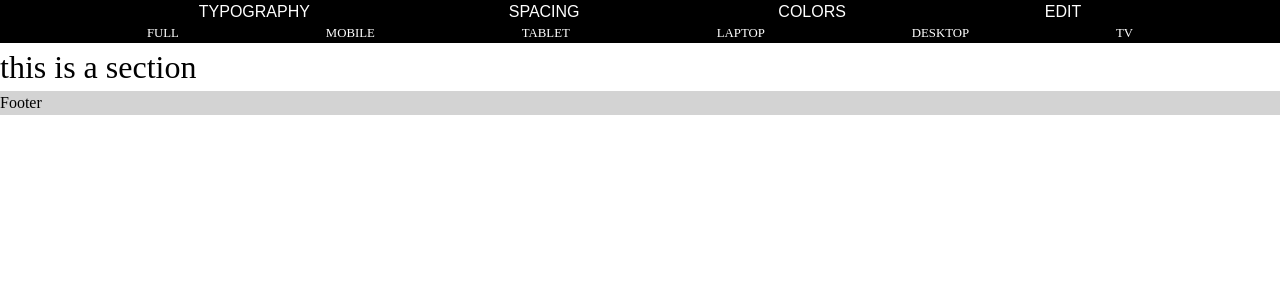
Repository: Terrycoco/coco-playground
Page: /
The author's editor kept a copy of each file at every save. The page is drawn from the files as they stood at one save, then again after the next save.
The browser window is 1280 px wide. The pictures show the whole page.
The project was rebuilt for these pictures with package versions that can differ from the ones it lists, and the page was loaded fresh each time. The framework's server and built-in components were replaced by stand-ins that run in the browser. Also part of the build but not shown: next.config.js, src/components/menus/menu.module.css.

Above is the page before, as saved 2023-03-20 10:39:54.

### src/app/layout.js
//THIS FILE DEFINES BASIC HTML FOR WHOLE SITE
//YOU CAN OVERWRITE ANY METADATA IN INDIVIDUAL ROUTES ALSO
"use client";
import { Providers } from "./store/provider";
import "./globals.css";
import Header from "@/components/layout/Header.js";

import Footer from "@/components/layout/Footer";
import ScreenEmulator from "@/components/layout/ScreenEmulator";

//can't use metadata on files that use client
// export const metadata = {
//   title: "Theme Playground",
//   description: "Theme Playground By Coco",
// };

export default function RootLayout({ children }) {
  return (
    <html lang="en">
      <head>
        <title>Coco Theme Playground</title>
      </head>

      <body>
        <Providers>
          <>
            <Header />
            <ScreenEmulator>
              {children}
              <Footer />
            </ScreenEmulator>
          </>
        </Providers>
      </body>
    </html>
  );
}

### src/app/page.js
"use client";
import { useSelector, useDispatch } from "react-redux";
import { selectTheme } from "./store/slices/themeSlice";

export default function Page() {
  const theme = useSelector(selectTheme);
  console.log("page recd theme:", theme);
  return (
    <main>
      <section>this is a section</section>
    </main>
  );
}

// <section id="theme" style={getContainerStyle("section")}>
// <h1 style={getHStyle("h1")}>
//   This the result of your Theme{"   "}
//   <span style={styles.smgray}>(h1)</span>
// </h1>
// <h2 style={getHStyle("h2")}>
//   Your Default Styles Are Shown{"   "}
//   <span style={styles.smgray}>(h2)</span>
// </h2>
// <h3 style={getHStyle("h3")}>
//   You selected {`${levCount - 1}`} levels of headings.
//   <span style={styles.smgray}>(h3)</span>
// </h3>

// <h4 style={getHStyle("h4")}>
//   I am a heading level 4 {"   "}
//   <span style={styles.smgray}>(h4)</span>
// </h4>

// <h5 style={getHStyle("h5")}>
//   I am a heading level 5{"   "}
//   <span style={styles.smgray}>(h5)</span>
// </h5>

// <h6 style={getHStyle("h6")}>
//   I am a heading level 6{"   "}
//   <span style={styles.smgray}>(h6)</span>
// </h6>

// <p data-el="p" style={getTextStyle("p")}>
//   Your theme settings will show up here. These are the default styles
//   for each element, which will be consistent across your project. You
//   can, of course, alter them for individual elements as you see fit.{" "}
//   <span style={styles.smgray}>(p)</span>
// </p>
// <p data-el="p" style={getTextStyle("p")}>
//   This is the paragraph element. To set the font scale among the
//   different headings and at different screen resolutions, go to{" "}
//   <b>SCALE</b>. The rest of the paragraph settings can be found by
//   clicking <b>TEXT</b> <span style={styles.smgray}>(p)</span>
// </p>

// <p data-el="p" style={getTextStyle("p")}>
//   Don't like the spacing? Click <b>CONTAINERS</b> to set default padding
//   and margins for container elements like sections, the header and
//   footer, between paragraphs, etc.{" "}
//   <span style={styles.smgray}>(p)</span>
// </p>
// </section>
// <section id="colors" style={getContainerStyle("section")}>
// <h1 style={getHStyle("h1")}>
//   This the result of your Theme{"   "}
//   <span style={styles.smgray}>(h1)</span>
// </h1>
// <h2 style={getHStyle("h2")}>
//   Your Default Styles Are Shown{"   "}
//   <span style={styles.smgray}>(h2)</span>
// </h2>
// <h3 style={getHStyle("h3")}>
//   You selected {`${levCount - 1}`} levels of headings.
//   <span style={styles.smgray}>(h3)</span>
// </h3>

// <h4 style={getHStyle("h4")}>
//   I am a heading level 4 {"   "}
//   <span style={styles.smgray}>(h4)</span>
// </h4>

// <h5 style={getHStyle("h5")}>
//   I am a heading level 5{"   "}
//   <span style={styles.smgray}>(h5)</span>
// </h5>

// <h6 style={getHStyle("h6")}>
//   I am a heading level 6{"   "}
//   <span style={styles.smgray}>(h6)</span>
// </h6>

// <p data-el="p" style={getTextStyle("p")}>
//   Your typography styles will show up here. These are the default styles
//   for each element, which will be consistent across your project. You
//   can, of course, alter them for individual elements as you see fit.{" "}
//   <span style={styles.smgray}>(p)</span>
// </p>
// <p data-el="p" style={getTextStyle("p")}>
//   This is the paragraph element. To set the font scale among the
//   different headings and at different screen resolutions, go to{" "}
//   <b>SCALE</b>. The rest of the paragraph settings can be found by
//   clicking <b>TYPOGRAPHY</b> <span style={styles.smgray}>(p)</span>
// </p>

// <p data-el="p" style={getTextStyle("p")}>
//   Don't like the spacing? Click <b>SPACING</b> to set default padding
//   and margins for elements like sections, the header and footer, between
//   paragraphs, etc. <span style={styles.smgray}>(p)</span>
// </p>
// </section>

### src/app/store/provider.js
"use client";

import { Provider } from "react-redux";
import store from "./store";

export function Providers({ children }) {
  return <Provider store={store}>{children}</Provider>;
}

### src/app/globals.css
@import "./reset.css";

:root {
  font-size: 1rem;
}
body {
  margin: 0;
  min-height: 100vh;
}

header {
  background-color: black;
  color: white;
}

footer {
  background-color: lightgray;
  color: black;
}

section {
  font-size: 2rem;
}

### src/components/layout/Header.js
"use client";
import React from "react";
import { useSelector } from "react-redux";
import { selectTheme } from "@/slices/themeSlice";
import { selectVariables } from "@/slices/variablesSlice";
import DeviceMenu from "@/components/menus/DeviceMenu";
import MainMenu from "@/components/menus/MainMenu";

function Header() {
  const theme = useSelector(selectTheme);
  const variables = useSelector(selectVariables);

  const styles = {
    header: {
      display: "flex",
      justifyContent: "space-between",
    },
  };

  const getHeaderStyles = () => {
    let styles = { ...theme.containers.header };
    styles.backgroundColor = variables[styles.backgroundColor];
    return styles;
  };

  return (
    <header>
      <MainMenu />
      <DeviceMenu />
    </header>
  );
}

export default Header;

### src/components/layout/Footer.js
"use client";
import React from "react";

const Footer = () => {
  return <footer>Footer</footer>;
};

export default Footer;

### src/components/layout/ScreenEmulator.js
import { useState, useEffect } from "react";
import { useSelector } from "react-redux";
import { selectCurrentDevice, selectIsFullScreen } from "@/slices/uiSlice";
import { selectDevices, selectDeviceElements } from "@/slices/themeSlice";

const ScreenEmulator = ({ children, ...props }) => {
  const [width, setWidth] = useState("400px");
  const isFullScreen = useSelector(selectIsFullScreen);
  const device = useSelector(selectCurrentDevice);
  const devices = useSelector(selectDevices);
  const [baseFontSize, setBaseFontSize] = useState();
  const deviceFontSizes = useSelector(selectDeviceElements);

  //get some valid heights
  useEffect(() => {
    if (device && device.length > 0 && devices !== undefined) {
      if (isFullScreen) {
        setWidth(window.innerWidth);
      } else {
        console.log("device is:", device, "devices:", devices);
        let w = devices[device].min + 100 + "px";
        setWidth(w);
      }
      setBaseFontSize(deviceFontSizes[device].body.fontSize + "px");
    }
  }, [device, isFullScreen]);

  const getEmulation = () => {
    return {
      border: "1px solid darkgray",
      width: `${width}`,
      fontSize: `${baseFontSize}`,
      marginTop: "1rem",
      marginLeft: "1rem",
      height: window.innerHeight - 75 + "px",
      overflowY: "scroll",
      borderRadius: "10px",
      boxShadow: "rgba(213, 217, 217, 0.5) 0 2px 5px 0",
    };
  };

  if (isFullScreen == true) {
    return <>{children}</>;
  } else {
    return (
      <div style={getEmulation()}>
        {children}
        Screen size: {width} Device: {device}
      </div>
    );
  }
};

export default ScreenEmulator;

### src/app/store/slices/themeSlice.js
"use client";

import { createSlice, createSelector } from "@reduxjs/toolkit";
import { HYDRATE } from "next-redux-wrapper";
import { currentTheme } from "@/themes";

const initialState = {
  headingCount: currentTheme.headingCount,
  fonts: currentTheme.fonts,
  colors: currentTheme.colors,
  colorVariants: currentTheme.colorVariants,
  devices: currentTheme.devices,
  deviceElements: currentTheme.deviceElements,
  text: currentTheme.text,
  containers: currentTheme.containers,
};

export const themeSlice = createSlice({
  name: "theme",
  initialState,
  reducers: {
    updateText(state, action) {
      state.text[action.payload.element][action.payload.propName] =
        action.payload.value;
    },

    extraReducers: {
      [HYDRATE]: (state, action) => {
        return {
          ...state,
          ...action.payload.theme,
        };
      },
    },
  },
});

export const { updateText } = themeSlice.actions;
export const selectTheme = (state) => state.theme;
export const selectText = (state) => state.theme.text;
export const selectDevices = (state) => state.theme.devices;
export const selectDeviceElements = (state) => state.theme.deviceElements;
export default themeSlice.reducer;

### src/app/store/store.js
"use client"; //anything that will access redux must use client
import { configureStore } from "@reduxjs/toolkit";
import { themeSlice } from "./slices/themeSlice";
import { variablesSlice } from "./slices/variablesSlice";
import { uiSlice } from "./slices/uiSlice";

// config the store
const store = configureStore({
  reducer: {
    [themeSlice.name]: themeSlice.reducer,
    [variablesSlice.name]: variablesSlice.reducer,
    [uiSlice.name]: uiSlice.reducer,
  },
});

// export default the store
console.log("store:", store.getState());
export default store;

### src/app/reset.css
/* Box sizing rules */
*,
*::before,
*::after {
  box-sizing: border-box;
}

/* Remove default margin */
main,
html,
body,
h1,
h2,
h3,
h4,
h5,
h6,
p,
figure,
blockquote,
dl,
dd {
  margin: 0;
  padding: 0;
}

/* Remove list styles on ul, ol elements with a list role, which suggests default styling will be removed */
ul,
menu,
ol {
  list-style: none;
}

/* remove discs from list items */
li {
  list-style-type: none;
}

/* Set core root defaults */
html:focus-within {
  scroll-behavior: smooth;
}

/* Set core body defaults */
body {
  min-height: 100vh;
  text-rendering: optimizeSpeed;
  line-height: 1.5;
}

/* A elements that don't have a class get default styles */
a:not([class]) {
  text-decoration-skip-ink: auto;
}

/* Make images easier to work with */
img,
picture {
  max-width: 100%;
  display: block;
}

menu {
  margin-block-start: 0em;
  margin-block-end: 0em;
  margin-inline-start: 0px;
  margin-inline-end: 0px;
  padding-inline-start: 0px;
}

/* Inherit fonts for inputs and buttons */
input,
button,
textarea,
select {
  font: inherit;
}

/* remove any default font props */
body,
h1,
h2,
h3,
h4,
h5,
h6,
p {
  letter-spacing: normal;
  word-spacing: normal;
  line-height: 1.5;
  font-optical-sizing: auto;
}

/* Remove all animations, transitions and smooth scroll for people that prefer not to see them */
@media (prefers-reduced-motion: reduce) {
  html:focus-within {
    scroll-behavior: auto;
  }

  *,
  *::before,
  *::after {
    animation-duration: 0.01ms !important;
    animation-iteration-count: 1 !important;
    transition-duration: 0.01ms !important;
    scroll-behavior: auto !important;
  }
}

### src/app/store/slices/variablesSlice.js
import { createSlice } from "@reduxjs/toolkit";
import { HYDRATE } from "next-redux-wrapper";
import { currentTheme } from "@/themes";
import { updateColor, updateFont } from "@/app/store/sharedActions";

function toCSS(key) {
  var result = key.replace(/([A-Z])/g, " $1");
  return result.split(" ").join("-").toLowerCase();
}

const getFontVariable = (fontName) => {
  let str = fontName.replaceAll(" ", "-").toLowerCase();
  return `var(--font-${str})`;
};

const loadInitVariables = () => {
  let variables = {};
  let section, prefix;

  //fonts
  section = "fonts";
  prefix = "var(--font-";
  for (const key in currentTheme[section]) {
    variables[`${prefix}${key})`] = getFontVariable(currentTheme[section][key]);
  }

  //colors
  section = "colors";
  prefix = "var(--clr-";
  for (const key in currentTheme[section]) {
    variables[`${prefix}${key})`] = toCSS(currentTheme[section][key]);
  }

  //color variants
  section = "colorVariants";
  prefix = "var(--clr-";
  for (const key in currentTheme[section]) {
    variables[`${prefix}${key})`] = toCSS(currentTheme[section][key]);
  }

  return variables;
};

const initialState = loadInitVariables();

export const variablesSlice = createSlice({
  name: "variables",
  initialState,
  reducers: {
    updateVariable(state, action) {
      state[action.payload.key] = action.payload.value;
    },
  },
  extraReducers: (builder) => {
    builder
      .addCase(updateColor, (state, action) => {
        action.payload.map((obj) => {
          state[obj.themeVar] = obj.value;
        });
      })
      .addCase(updateFont, (state, action) => {
        console.log("got here:", action.payload);
        //theme variable (ie body) has been updated to another font
        state[action.payload.themeVar] = action.payload.fontVar;
      });
  },
});

export const { updateVariable } = variablesSlice.actions;
export const selectVariables = (state) => state.variables;
export default variablesSlice.reducer;

### src/components/menus/DeviceMenu.js
"use client";
import { useState, useEffect } from "react";
import { useSelector, useDispatch } from "react-redux";
import {
  selectCurrentDevice,
  updateCurrentDevice,
  updateIsFullScreen,
  selectIsFullScreen,
} from "@/slices/uiSlice";
import { selectDevices } from "@/slices/themeSlice";
import css from "./menu.module.css";

const DeviceMenu = () => {
  const currentDevice = useSelector(selectCurrentDevice);
  const fullScreen = useSelector(selectIsFullScreen);
  const dispatch = useDispatch();
  const devices = useSelector(selectDevices);
  const [userSize, setUserSize] = useState();
  const [userDevice, setUserDevice] = useState();

  useEffect(() => {
    setUserSize(window.innerWidth); //TODO MAKE RESPONSIVE
    let ud = getUserDevice(window.innerWidth, devices);
    console.log("userDevice:", ud);
    setUserDevice(ud);
    dispatch(updateCurrentDevice(ud));
  }, []);

  const styles = {
    menu: {
      display: "flex",
      flexDirection: "row",
      justifyContent: "space-evenly",
    },
    li: {
      textTransform: "uppercase",
      fontSize: ".8em",
    },
  };

  const handleSelect = (e) => {
    const dev = e.target.id;
    if (dev === "full") {
      dispatch(updateIsFullScreen(true));
      dispatch(updateCurrentDevice(userDevice));
    } else {
      dispatch(updateCurrentDevice(dev));
      dispatch(updateIsFullScreen(false));
    }
  };

  return (
    <menu style={styles.menu}>
      <li id="full" style={styles.li} onClick={handleSelect} className={css.li}>
        Full
      </li>
      <li
        id="mobile"
        style={styles.li}
        className={css.li}
        onClick={handleSelect}
      >
        mobile
      </li>
      <li
        id="tablet"
        style={styles.li}
        className={css.li}
        onClick={handleSelect}
      >
        tablet
      </li>
      <li
        id="laptop"
        style={styles.li}
        className={css.li}
        onClick={handleSelect}
      >
        laptop
      </li>
      <li
        id="desktop"
        style={styles.li}
        className={css.li}
        onClick={handleSelect}
      >
        desktop
      </li>
      <li id="tv" style={styles.li} className={css.li} onClick={handleSelect}>
        tv
      </li>
    </menu>
  );
};

export default DeviceMenu;

function getUserDevice(size, devices) {
  for (const d in devices) {
    if (devices[d].min <= size && size <= devices[d].max) {
      return d;
    }
  }
}

### src/components/menus/MainMenu.js
"use client";
import React from "react";
import { useSelector } from "react-redux";
import { selectTheme } from "@/slices/themeSlice";
import { selectVariables } from "@/slices/variablesSlice";

function MainMenu() {
  const theme = useSelector(selectTheme);
  const variables = useSelector(selectVariables);

  const styles = {
    menu: {
      display: "flex",
      justifyContent: "space-evenly",
      fontFamily: "Arial, Helvetica",
    },
    li: {
      fontSize: "1rem",
      textTransform: "uppercase",
    },
  };

  return (
    <menu style={styles.menu}>
      <li style={styles.li}>typography</li>
      <li style={styles.li}>spacing</li>
      <li style={styles.li}>colors</li>
      <li style={styles.li}>edit</li>
    </menu>
  );
}

export default MainMenu;

### src/app/store/slices/uiSlice.js
"use client";

//slice for ui state

import { createSlice, createSelector } from "@reduxjs/toolkit";
import { HYDRATE } from "next-redux-wrapper";

const initialState = {
  currentForm: "",
  currentDevice: "",
  isFullScreen: true,
  isDrawerOpen: false,
  currentTab: 1,
};

export const uiSlice = createSlice({
  name: "ui",
  initialState,
  reducers: {
    updateCurrentForm(state, action) {
      state.currentForm = action.payload;
    },
    updateCurrentTab(state, action) {
      state.currentTab = action.payload;
    },
    updateCurrentDevice(state, action) {
      console.log("updateDevice: ", action);
      state.currentDevice = action.payload;
    },
    updateIsDrawerOpen(state, action) {
      state.isDrawerOpen = action.payload;
    },
    updateIsFullScreen(state, action) {
      state.isFullScreen = action.payload;
    },

    extraReducers: {
      [HYDRATE]: (state, action) => {
        return {
          ...state,
          ...action.payload.ui,
        };
      },
    },
  },
});

export const {
  updateCurrentForm,
  updateCurrentDevice,
  updateCurrentTab,
  updateIsDrawerOpen,
  updateIsFullScreen,
} = uiSlice.actions;
export const selectCurrentDevice = (state) => state.ui.currentDevice;
export const selectCurrentTab = (state) => state.ui.currentTab;
export const selectCurrentForm = (state) => state.ui.currentForm;
export const selectIsDrawerOpen = (state) => state.ui.isDrawerOpen;
export const selectIsFullScreen = (state) => state.ui.isFullScreen;
export default uiSlice.reducer;

### src/themes/index.js
import init from "./init";

module.exports = { currentTheme: init };

### src/app/store/sharedActions.js
import { createAction } from "@reduxjs/toolkit";
const varKeys = [75, 50, 25, 10, 5];

const updateColor = createAction("UPDATE_COLOR", function prepare(obj) {
  //any time theme color is updated, so are variants so pass those in with the payload
  console.log("shared updateColor", obj);
  let key = obj.key;
  let payloadVal = [];
  let newhex = obj.value;
  if (key !== "error" && key !== "whitish") {
    varKeys.map((pct) => {
      let variantKey = `${key}${pct}`;
      let val = getPctOfHex(newhex, pct);
      payloadVal.push({
        key: variantKey,
        value: val,
        section: "variants",
        themeVar: `var(--clr-${variantKey})`,
      });
    });
  }
  //push original one
  payloadVal.push({
    key: key,
    value: newhex,
    section: "themed",
    themeVar: `var(--clr-${key})`,
  });
  //console.log("newpayload:", payloadVal);
  return { payload: payloadVal };
});

const updateFont = createAction("UPDATE_FONT", function prepare(obj) {
  console.log("fontobj:", obj);
  /*shape of font payload
      propName: "body",
      name: "Gelasio",
      themeVar: "var(--font-body)",
      fontVar: "var(--font-gelasio)" */

  return { payload: obj };
});

module.exports = { updateColor, updateFont };

// util functions to calculate variant values --------------
function hexToHSL(H) {
  // Convert hex to RGB first
  let r = 0,
    g = 0,
    b = 0;
  if (H.length == 4) {
    r = "0x" + H[1] + H[1];
    g = "0x" + H[2] + H[2];
    b = "0x" + H[3] + H[3];
  } else if (H.length == 7) {
    r = "0x" + H[1] + H[2];
    g = "0x" + H[3] + H[4];
    b = "0x" + H[5] + H[6];
  }
  // Then to HSL
  r /= 255;
  g /= 255;
  b /= 255;
  let cmin = Math.min(r, g, b),
    cmax = Math.max(r, g, b),
    delta = cmax - cmin,
    h = 0,
    s = 0,
    l = 0;

  if (delta == 0) h = 0;
  else if (cmax == r) h = ((g - b) / delta) % 6;
  else if (cmax == g) h = (b - r) / delta + 2;
  else h = (r - g) / delta + 4;

  h = Math.round(h * 60);

  if (h < 0) h += 360;

  l = (cmax + cmin) / 2;
  s = delta == 0 ? 0 : delta / (1 - Math.abs(2 * l - 1));
  s = +(s * 100).toFixed(1);
  l = +(l * 100).toFixed(1);

  return { h: h, s: s, l: l };
}
function getPctOfHex(hex, pct) {
  //incoming pct is pct opacity of orig color
  let inverted = 100 - pct;
  //convert incoming to hsl
  let hsl = hexToHSL(hex);

  //current lightness is 0%;
  let currentLightPct = hsl.l;
  let remainingLightPct = 100 - currentLightPct;
  let onepct = remainingLightPct / 100;
  let desiredPct = onepct * inverted + currentLightPct;
  let result = HSLToHex(hsl.h, hsl.s, desiredPct);
  return result;
}
function HSLToHex(h, s, l) {
  s /= 100;
  l /= 100;

  let c = (1 - Math.abs(2 * l - 1)) * s,
    x = c * (1 - Math.abs(((h / 60) % 2) - 1)),
    m = l - c / 2,
    r = 0,
    g = 0,
    b = 0;

  if (0 <= h && h < 60) {
    r = c;
    g = x;
    b = 0;
  } else if (60 <= h && h < 120) {
    r = x;
    g = c;
    b = 0;
  } else if (120 <= h && h < 180) {
    r = 0;
    g = c;
    b = x;
  } else if (180 <= h && h < 240) {
    r = 0;
    g = x;
    b = c;
  } else if (240 <= h && h < 300) {
    r = x;
    g = 0;
    b = c;
  } else if (300 <= h && h < 360) {
    r = c;
    g = 0;
    b = x;
  }
  // Having obtained RGB, convert channels to hex
  r = Math.round((r + m) * 255).toString(16);
  g = Math.round((g + m) * 255).toString(16);
  b = Math.round((b + m) * 255).toString(16);

  // Prepend 0s, if necessary
  if (r.length == 1) r = "0" + r;
  if (g.length == 1) g = "0" + g;
  if (b.length == 1) b = "0" + b;

  return "#" + r + g + b;
}

### src/themes/init.js
//to use, import this file and set this as currentTheme in /src/themes/index
const headingCount = 1;

const fonts = {
  body: "Times",
  display: "Times",
  special: "Times",
  mono: "Times",
  forms: "Arial",
};

const devices = {
  mobile: {
    min: 320,
    max: 479,
  },

  tablet: {
    min: 480,
    max: 767,
  },

  laptop: {
    min: 768,
    max: 1023,
  },

  desktop: {
    min: 1024,
    max: 1999,
  },

  tv: {
    min: 1200,
    max: 9999,
  },
};

const deviceElements = {
  mobile: {
    body: {
      fontSize: "18",
      lineHeight: "1.5",
    },
    h1: {
      fontSize: "40",
      lineHeight: "1.16",
    },
  },
  tablet: {
    body: {
      fontSize: "19",
      lineHeight: "1.5",
    },
    h1: {
      fontSize: "40",
      lineHeight: "1.16",
    },
  },
  laptop: {
    body: {
      fontSize: "20",
      lineHeight: "1.329",
    },
    h1: {
      fontSize: "52",
      lineHeight: "1.16",
    },
  },
  desktop: {
    body: {
      fontSize: "24",
      lineHeight: "1.345",
    },
    h1: {
      fontSize: "57",
      lineHeight: "1.16",
    },
  },

  tv: {
    body: {
      fontSize: "28",
      lineHeight: "1.391",
    },
    h1: {
      fontSize: "67",
      lineHeight: "1.031",
    },
  },
};

const colors = {
  primary: "#fc3a79",
  secondary: "#fe572e",
  blackish: "#261f22",
  whitish: "#f5f5f4",
  error: "#dc2626",
};

const colorVariants = {
  primary75: "#fd6b99",
  primary50: "#fe9dbb",
  primary25: "#fecedd",
  primary10: "#ffebf1",
  primary5: "#fff5f8",
  secondary75: "#fe8162",
  secondary50: "#feab96",
  secondary25: "#ffd5cb",
  secondary10: "#ffeeea",
  secondary5: "#fff7f5",
  blackish75: "#635158",
  blackish50: "#9c868f",
  blackish25: "#cdc2c7",
  blackish10: "#ebe7e9",
  blackish5: "#f5f3f4",
};

const containers = {
  header: {
    backgroundColor: "var(--clr-primary)",
    height: "2rem",
    paddingRight: "0rem",
    paddingLeft: "0rem",
  },
  main: {
    paddingTop: "2rem",
    paddingRight: "0rem",
    paddingBottom: "0rem",
    paddingLeft: "0rem",
  },
  section: {
    paddingTop: "0rem",
    paddingRight: "0rem",
    paddingBottom: "0rem",
    paddingLeft: "0rem",
  },
  article: {
    paddingTop: "0rem",
    paddingRight: "0rem",
    paddingBottom: "0rem",
    paddingLeft: "0rem",
  },
  aside: {
    paddingTop: "0rem",
    paddingRight: "0rem",
    paddingBottom: "0rem",
    paddingLeft: "0rem",
  },
  footer: {
    backgroundColor: "var(--clr-primary50)",
    color: "var(--clr-blackish)",
    height: "0rem",
    paddingTop: "0rem",
    paddingRight: "0rem",
    paddingBottom: "0rem",
    paddingLeft: "0rem",
  },
};

const text = {
  p: {
    color: "var(--clr-blackish)",
    fontFamily: "var(--font-body)",
    fontWeight: "400",
    fontSize: "var(--fs-body)",
    lineHeight: "var(--lh-body)",
    letterSpacing: "0px",
    wordSpacing: "0px",
    maxWidth: "60ch",
    marginBottom: "1rem",
  },

  h1: {
    color: "var(--clr-blackish)",
    fontFamily: "var(--font-display)",
    fontWeight: "400",
    fontSize: "var(--fs-h1)",
    lineHeight: "var(--lh-h1)",
    letterSpacing: "-1.5px",
    wordSpacing: "-5px",
    maxWidth: "60ch",
    marginBottom: "1rem",
  },

  h2: {
    color: "var(--clr-blackish)",
    fontFamily: "var(--font-display)",
    fontWeight: "400",
    fontSize: "var(--fs-h2)",
    lineHeight: "var(--lh-h2)",
    letterSpacing: "-1.5px",
    wordSpacing: "-5px",
    maxWidth: "60ch",
    marginBottom: "1rem",
  },

  h3: {
    color: "var(--clr-blackish)",

    fontFamily: "var(--font-display)",

    fontWeight: "400",

    fontSize: "1rem",

    lineHeight: "150%",

    letterSpacing: "-1.5px",

    wordSpacing: "-5px",
    maxWidth: "60ch",
    marginBottom: "1rem",
  },

  h4: {
    color: "var(--clr-blackish)",

    fontFamily: "var(--font-display)",

    fontWeight: "400",

    fontSize: "1rem",

    lineHeight: "150%",

    letterSpacing: "-1.5px",

    wordSpacing: "-5px",
    maxWidth: "60ch",
    marginBottom: "1rem",
  },

  h5: {
    color: "var(--clr-blackish)",

    fontFamily: "var(--font-display)",

    fontWeight: "400",

    fontSize: "1rem",

    lineHeight: "150%",

    letterSpacing: "-1.5px",

    wordSpacing: "-5px",
    maxWidth: "60ch",
    marginBottom: "1rem",
  },

  h6: {
    color: "var(--clr-blackish)",

    fontFamily: "var(--font-display)",

    fontWeight: "400",

    fontSize: "1rem",

    lineHeight: "150%",

    letterSpacing: "-1.5px",

    wordSpacing: "-5px",
    marginBottom: "1rem",
  },

  small: {
    color: "var(--clr-blackish)",
    fontFamily: "var(--font-forms)",
    fontWeight: "400",
    fontSize: "var(--fs-sm)",
    lineHeight: "1",
    letterSpacing: "-1.5px",
    wordSpacing: "-5px",
    maxWidth: "60ch",
    marginBottom: "0rem",
  },
};

const theme = {
  headingCount,
  colors,
  colorVariants,
  fonts,
  deviceElements,
  devices,
  containers,
  text,
};

module.exports = {
  headingCount,
  colors,
  colorVariants,
  fonts,
  deviceElements,
  devices,
  containers,
  text,
  theme,
};

After the next save:
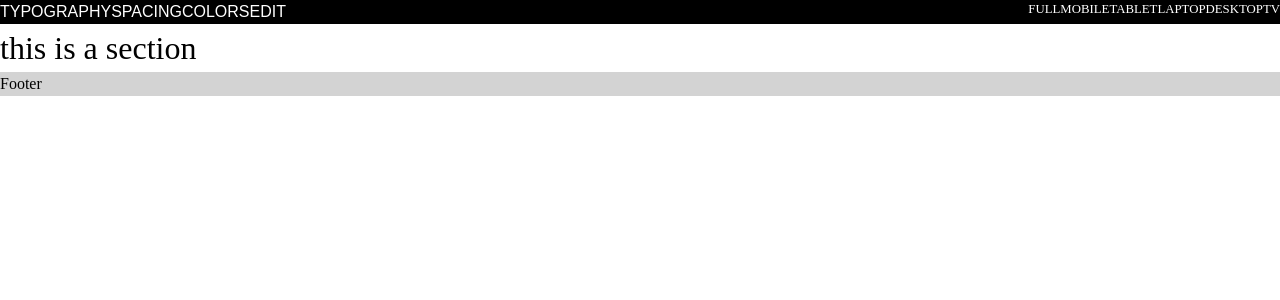
Saved 75 s later.
--- a/src/components/layout/Header.js
+++ b/src/components/layout/Header.js
@@ -24,7 +24,7 @@ function Header() {
   };
 
   return (
-    <header>
+    <header style={styles.header}>
       <MainMenu />
       <DeviceMenu />
     </header>
